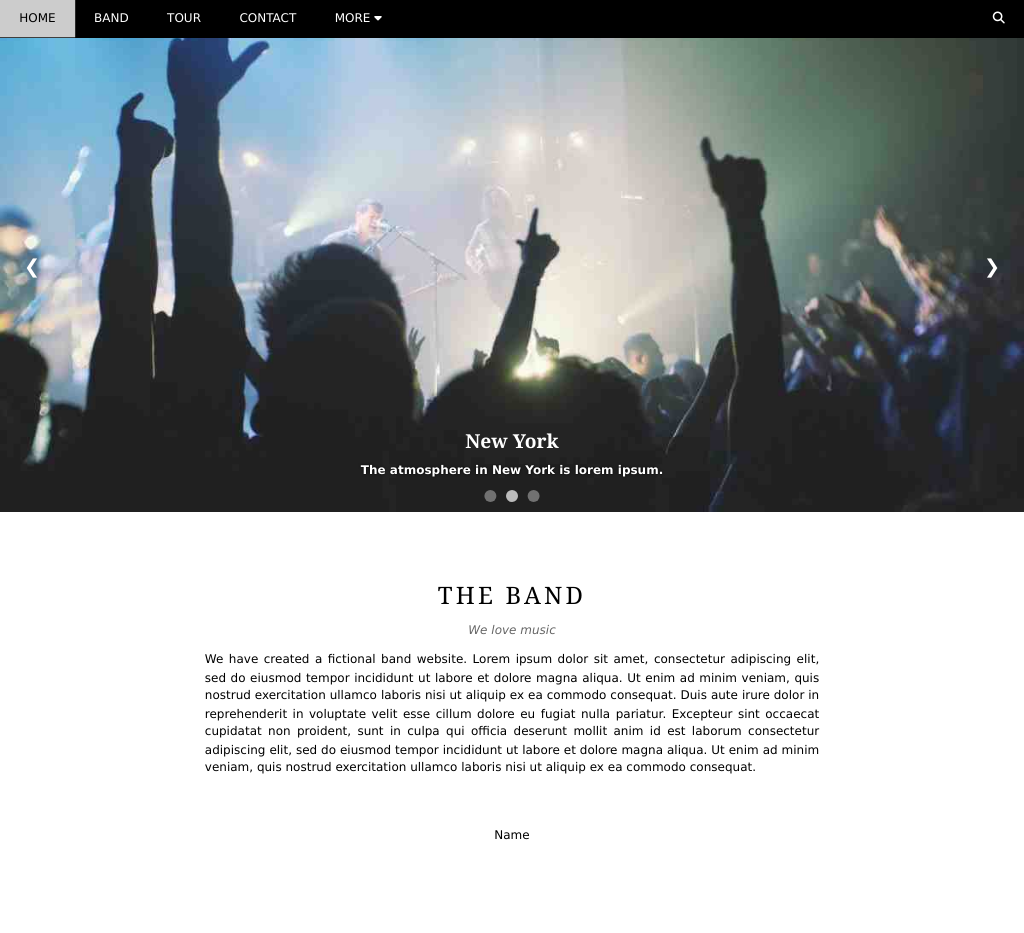
Repository: tam1512/The-Band
Page: index.html
The author's editor kept a copy of each file at every save. The page is drawn from the files as they stood at one save, then again after the next save.
The browser window is 1280 px wide. The pictures show the whole page, at 80% of full size.
Some web libraries are served in a nearby version.

Above is the page before, as saved 2022-07-23 11:00:11.

### index.html
<!DOCTYPE html>
<html lang="en">
  <head>
    <meta charset="UTF-8" />
    <meta http-equiv="X-UA-Compatible" content="IE=edge" />
    <meta name="viewport" content="width=device-width, initial-scale=1.0" />
    <link
      rel="stylesheet"
      href="https://cdnjs.cloudflare.com/ajax/libs/font-awesome/6.1.1/css/all.min.css"
      integrity="sha512-KfkfwYDsLkIlwQp6LFnl8zNdLGxu9YAA1QvwINks4PhcElQSvqcyVLLD9aMhXd13uQjoXtEKNosOWaZqXgel0g=="
      crossorigin="anonymous"
      referrerpolicy="no-referrer"
    />
    <link rel="stylesheet" href="./assets/css/style.css" />
    <title>The Band</title>
  </head>
  <body>
    <div class="container">
      <div class="header" id="home">
        <ul class="header_nav">
          <li><a href="#home">HOME</a></li>
          <li><a href="#band">BAND</a></li>
          <li><a href="#tour">TOUR</a></li>
          <li><a href="#contact">CONTACT</a></li>
          <li class="header_nav_dropdown">
            <a href="javascript:void(0)" class="dropbtn">
              MORE
              <i class="fa-solid fa-caret-down"></i>
            </a>
            <div class="dropdown-content">
              <a href="#">Merchandise</a>
              <a href="#">Extras</a>
              <a href="#">Media</a>
            </div>
          </li>
        </ul>
        <div id="header_search">
          <i class="fa-solid fa-magnifying-glass color-white"></i>
        </div>
      </div>
      <!-- Slideshow container -->
      <div class="slider">
        <!-- Full-width image with caption text -->
        <div class="slider_slides-cont">
          <div class="slider_slide">
            <img src="assets/img/la.jpg" alt="Los Angeles" />
            <div class="text padding-32-16 color-white">
              <h3 class="fz-24 margin-10-0">Los Angeles</h3>
              <p class="margin-15-0">
                <b class="text-shadow">We had the bes time playing at Venice Beach!</b>
              </p>
            </div>
          </div>

          <div class="slider_slide">
            <img src="assets/img/ny.jpg" alt="New York" />
            <div class="text padding-32-16 color-white">
              <h3 class="fz-24 margin-10-0">New York</h3>
              <p class="margin-15-0">
                <b class="text-shadow">The atmosphere in New York is lorem ipsum.</b>
              </p>
            </div>
          </div>

          <div class="slider_slide">
            <img src="assets/img/chicago.jpg" alt="Chicago" />
            <div class="text padding-32-16 color-white">
              <h3 class="fz-24 margin-10-0">Chicago</h3>
              <p class="margin-15-0">
                <b class="text-shadow">Thank you, Chicago - A night we won't forget</b>
              </p>
            </div>
          </div>
        </div>

        <!-- The pagination/circles -->
         <div class="slider_pagination"></div>

        <!-- Next and previous buttons (navigatin slide)-->
        <a class="prev">&#10094</a>
        <a class="next">&#10095</a>
        </div>
      </div>
      <div class="content">
        <div class="padding-64-16 text-center" id="band">
          <h2 class="band_tilte fz-30 margin-10-0">THE BAND</h2>
          <p><i class="band_sub-title">We love music</i></p>
          <p class="band_content margin-15-0 text-justify">We have created a fictional band website. Lorem ipsum dolor sit amet, consectetur adipiscing elit, sed do eiusmod tempor incididunt ut labore et dolore magna aliqua. Ut enim ad minim veniam, quis nostrud exercitation ullamco laboris nisi ut aliquip ex ea commodo consequat. Duis aute irure dolor in reprehenderit in voluptate velit esse cillum dolore eu fugiat nulla pariatur. Excepteur sint occaecat cupidatat non proident, sunt in culpa qui officia deserunt mollit anim id est laborum consectetur adipiscing elit, sed do eiusmod tempor incididunt ut labore et dolore magna aliqua. Ut enim ad minim veniam, quis nostrud exercitation ullamco laboris nisi ut aliquip ex ea commodo consequat.</p>

          <div class="row padding-32-0">
            <div class="third">
              <p class="margin-15-0">Name</p>
            </div>
          </div>
        </div>
      </div>
    </div>
    <script src="assets/js/js.js"></script>
  </body>
</html>

### assets/css/style.css
:root {
}

* {
  padding: 0;
  margin: 0;
  box-sizing: border-box;
}

body {
  font-family: Verdana, sans-serif;
  font-size: 15px;
  line-height: 22.5px;
}

h1,
h2,
h3,
h4,
h5,
h6 {
  font-family: Georgia, serif;
}

.fz-24 {
  font-size: 24px;
}

.fz-30 {
  font-size: 30px;
}

.color-white {
  color: white;
}

.text-center {
  text-align: center;
}

.text-justify {
  text-align: justify;
}

.padding-64-16 {
  padding: 64px 16px !important;
}

.padding-32-16 {
  padding: 32px 16px !important;
}
.padding-32-0 {
  padding: 32px 0;
}

.padding-32 {
  padding: 32px;
}

.margin-0-24 {
  margin: 0 24px !important;
}

.margin-10-0 {
  margin: 10px 0 !important;
}

.margin-15-0 {
  margin: 15px 0 !important;
}

.margin-bottom-16 {
  margin-bottom: 16px;
}

.text-shadow {
  text-shadow: 0 0 3px #000;
}

.header {
  position: fixed;
  top: 0;
  right: 0;
  left: 0;
  z-index: 2;
}

.header_nav {
  list-style-type: none;
  background-color: #000;
  overflow: hidden;
}

.header_nav > li {
  float: left;
}

.header_nav > li > a,
.dropbtn {
  display: inline-block;
  padding: 12px 24px;
  text-align: center;
  color: #fff;
  text-decoration: none;
}

.header_nav > li > a:hover,
.header_nav_dropdown:hover,
.dropbtn:hover,
.dropdown-content a:hover {
  background-color: #ccc;
  color: black;
}

li.header_nav_dropdown {
  display: inline-block;
  /* position: relative; */
}

.dropdown-content {
  display: none;
  position: absolute;
  min-width: 160px;
  background-color: #fff;
  box-shadow: 0px 8px 16px 0px rgba(0, 0, 0, 0.2);
  z-index: 1;
}

.dropdown-content a {
  color: #000 !important;
  text-align: left;
  padding: 8px 16px;
  display: block;
  text-decoration: none;
}

.header_nav_dropdown:hover .dropdown-content {
  display: block;
}

#header_search {
  position: absolute;
  top: 0;
  right: 0;
  padding: 12px 24px;
}

#header_search:hover {
  background-color: #f44336;
}

/* Slider */
/* Slideshow container */
.slider,
.slider_slides-cont {
  max-width: 100%;
  height: auto;
  position: relative;
  /* top: 47px; */
  margin: auto;
}

/* Hide the images by default */
.slider_slide {
  display: none;
}

.slider_slide:first-child {
  display: block;
}

.slider_slides-cont img {
  width: 100%;
  height: 100%;
}

/* Next & previous buttons */
.prev,
.next {
  cursor: pointer;
  position: absolute;
  top: 50%;
  transform: translate(0, -50%);
  margin: 10px;
  padding: 24px 20px;
  color: #fff;
  font-weight: bold;
  font-size: 24px;
  transition: background-color 0.6s ease;
  border-radius: 5px 5px 5px 5px;
  user-select: none;
}

/* Position the "next button" to the right */
.next {
  right: 0;
  border-radius: 5px 5px 5px 5px;
}

/* On hover, add a black backgroound color with a little bit see-through */
.prev:hover,
.next:hover {
  background-color: rgba(191, 191, 191, 0.6);
  color: rgb(26, 23, 23);
  font-weight: bolder;
}

/* Caption text */
.text {
  position: absolute;
  left: 50%;
  transform: translate(-50%, -100%);
  text-align: center;
}

.slider_pagination {
  position: absolute;
  left: 50%;
  transform: translate(-50%, -120%);
}

.slider_pagination_btn {
  cursor: pointer;
  padding: 6px;
  background-color: transparent;
  display: inline-block;
  transition: background-color 0.6s ease;
}

.slider_pagination_btn::before {
  content: "";
  display: inline-block;
  height: 15px;
  width: 15px;
  border-radius: 50%;
  background-color: #717171;
}
.slider_pagination_btn.slider_pagination_btn--sel::before,
.slider_pagination_btn:hover::before {
  background-color: #bbb;
}

/* content */

#band,
#tour,
#contact {
  max-width: 800px;
  margin-left: auto;
  margin-right: auto;
}

/* band */

.band_tilte {
  font-weight: normal;
  line-height: 45px;
  letter-spacing: 4px;
}

.band_sub-title {
  opacity: 0.6;
}

### assets/js/js.js
let currentIndex = 0;
let newIndex = 0;
let autoplay = true;

//tạo một object cho việc tự động chuyển slide
let Autoplay = {
  timerID: null,
  interval: 4000,

  start: function () {
    this.timerID = setInterval(function () {
      newIndex++;
      navigateSlider();
    }, this.interval);
  },

  reset: function () {
    clearInterval(this.timerID);
    this.start();
  },
};

let slideElements = document.getElementsByClassName("slider_slide");
let slidesLength = slideElements.length;
let paginationElement = document.getElementsByClassName("slider_pagination")[0];
let prevElement = document.getElementsByClassName("prev")[0];
let nextElement = document.getElementsByClassName("next")[0];

// lấy sự kiện click của 2 nut prev và next
prevElement.addEventListener("click", function () {
  newIndex--;
  navigateSlider();
});

nextElement.addEventListener("click", function () {
  newIndex++;
  navigateSlider();
});

// tạo số dot tương ứng với số slide
paginationHTML = [];
for (let i = 0; i < slidesLength; i++) {
  paginationHTML.push(
    `<span class="slider_pagination_btn" data-index="${i}"></span>`
  );
}
// Thêm paginationHTML vào bên trong thẻ HTML
paginationElement.innerHTML = paginationHTML.join("");

//kiểm tra xem đã có phần tử chứa class="slider_pagination_btn" chưa? nếu có lấy giá trị trong data-index của nó gán cho newIndex
paginationElement.addEventListener("click", function (e) {
  let target = e.target;
  if (target.classList.contains("slider_pagination_btn")) {
    newIndex = Number(target.getAttribute("data-index"));
    navigateSlider();
  }
});

// Hàm hiện thị slide
function navigateSlider() {
  // Kiểm tra để newIndex luôn nằm trong khoảng từ 0 -> slideLength
  if (newIndex < 0) {
    newIndex = slidesLength - 1;
  } else if (newIndex > slidesLength - 1) {
    newIndex = 0;
  }

  //Thêm và xóa slider_pagination_btn--sel
  paginationElement.childNodes[currentIndex].classList.remove(
    "slider_pagination_btn--sel"
  );
  paginationElement.childNodes[newIndex].classList.add(
    "slider_pagination_btn--sel"
  );

  //reset interval(khoảng thời gian) để slide không gặp vấn đề về chuyển đổi
  if (autoplay) {
    Autoplay.reset();
  }

  //Ẩn slide trước và hiện slide cần hiện
  slideElements[currentIndex].style.display = "none";
  slideElements[newIndex].style.display = "block";

  currentIndex = newIndex;
}

// thiết lập autoplay cho slider
if (autoplay) {
  Autoplay.start();
}

// khi load page sẽ bị lỗi hiển thị ban đầu, đây là cách giải quyết
navigateSlider();

After the next save:
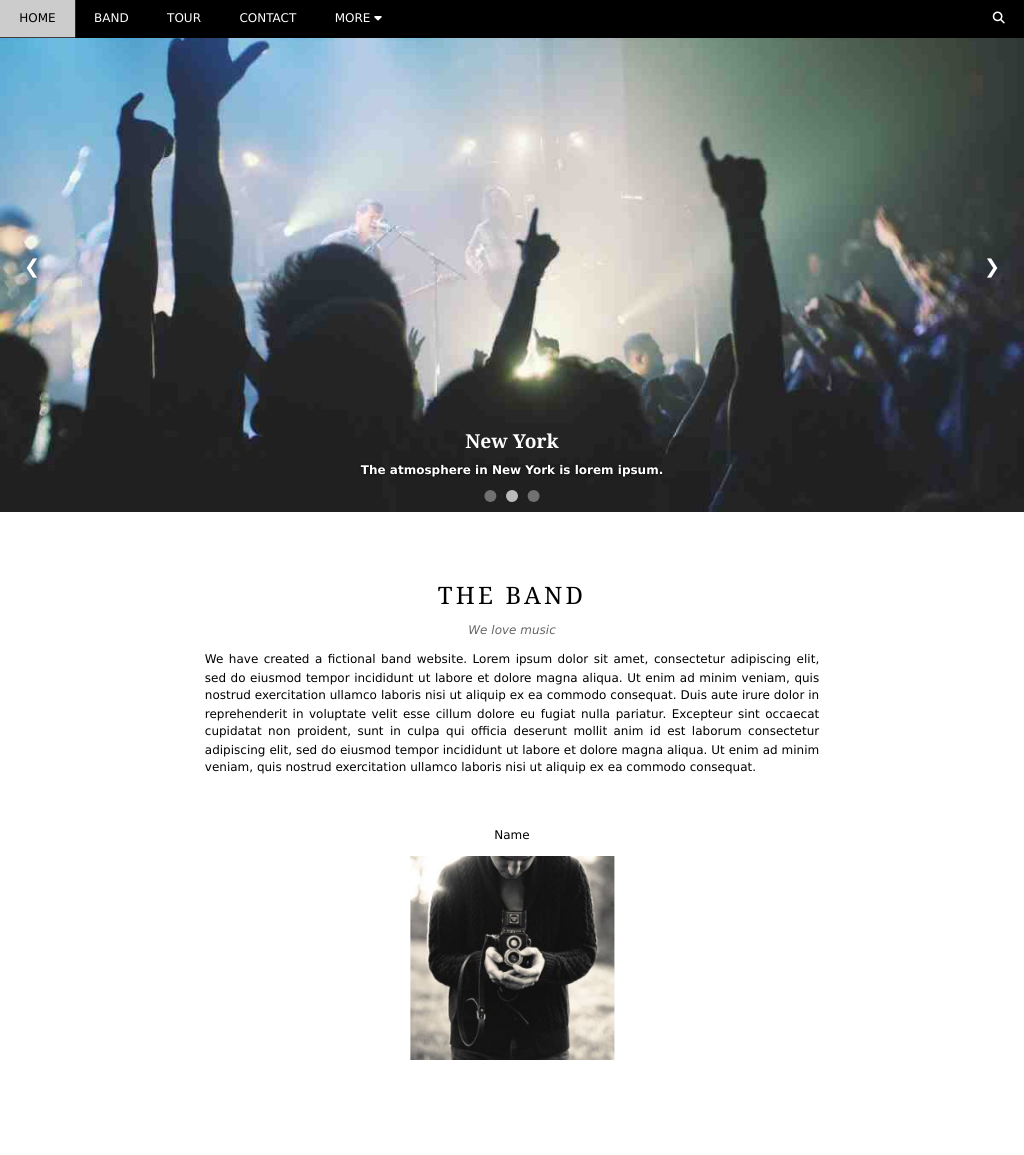
Saved 39 s later.
--- a/index.html
+++ b/index.html
@@ -90,6 +90,7 @@
           <div class="row padding-32-0">
             <div class="third">
               <p class="margin-15-0">Name</p>
+              <img src="assets/img/bandmember.jpg" alt="band member" class="margin-bottom-16">
             </div>
           </div>
         </div>
